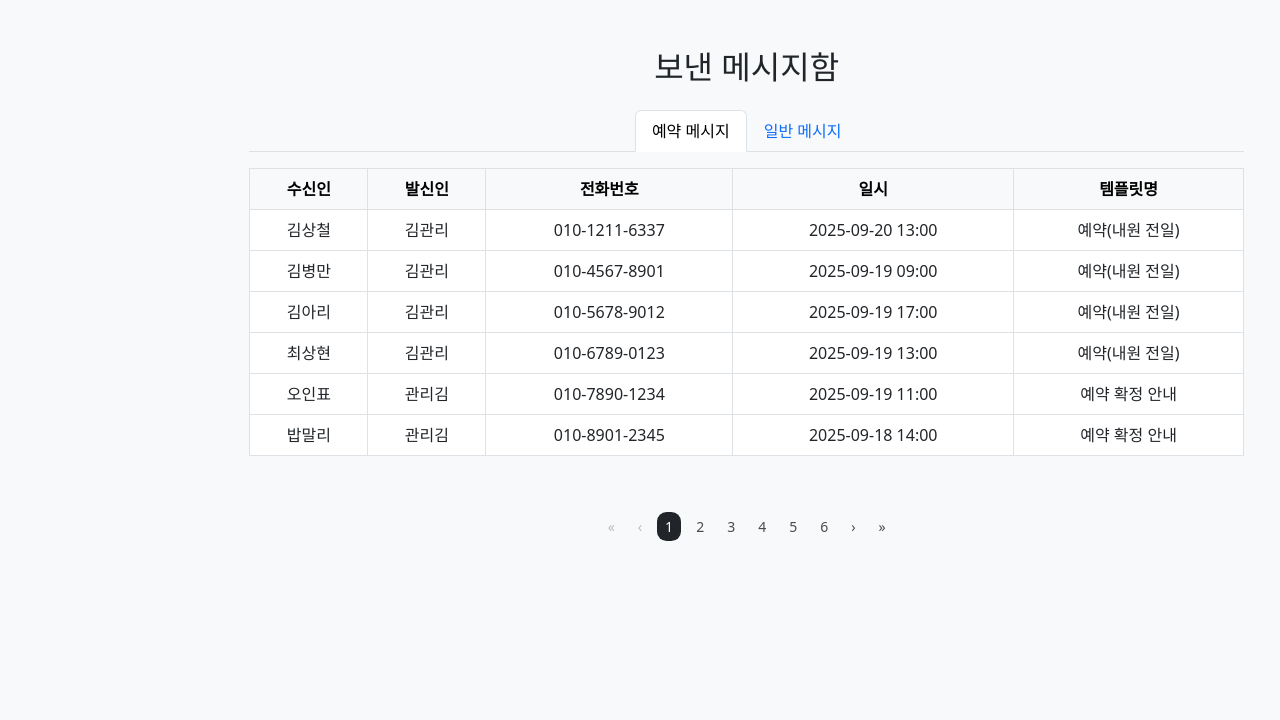
Repository: j-pyohub/LIBRARY_PROJECT
Page: CRM_Project/WebContent/smsRecord.html
The author's editor kept a copy of each file at every save. The page is drawn from the files as they stood at one save, then again after the next save.
The browser window is 1280 px wide. The pictures show the whole page.

Above is the page before, as saved 2025-10-11 07:40:12.

After the next save:
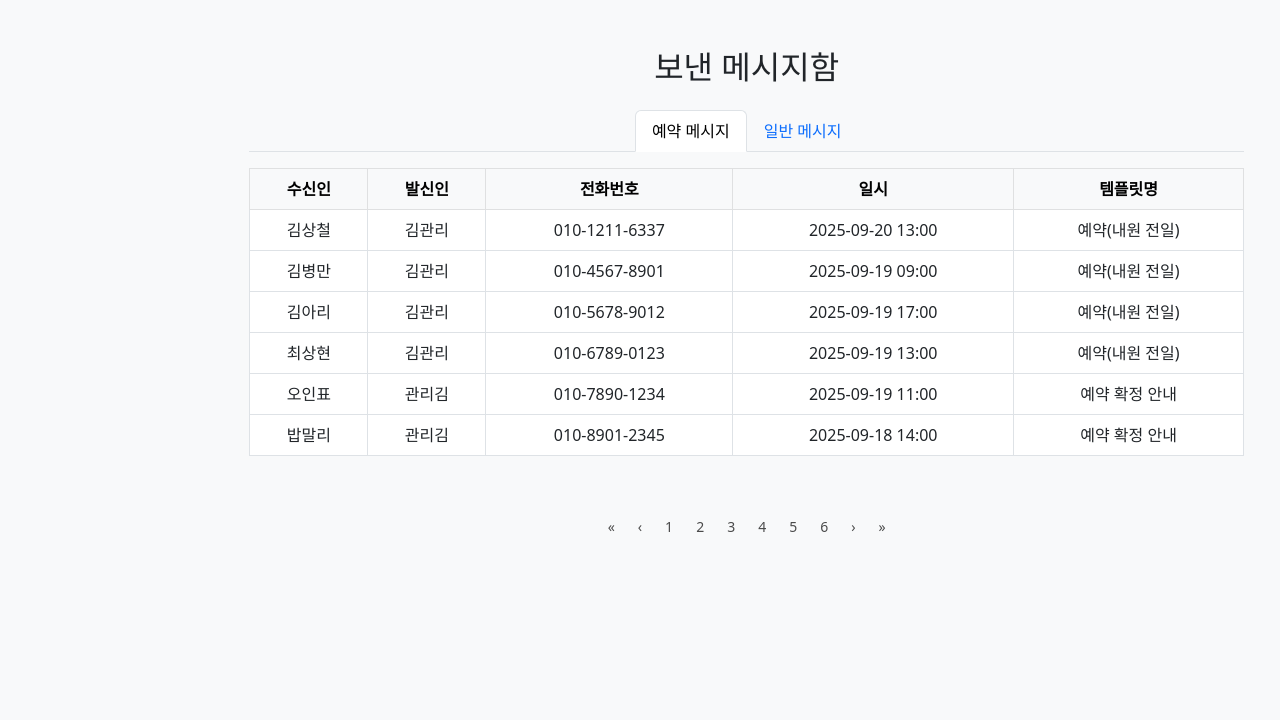
Console error: SyntaxError: Unexpected token '<'
Saved 75 s later.
--- a/CRM_Project/WebContent/smsRecord.html
+++ b/CRM_Project/WebContent/smsRecord.html
@@ -261,10 +261,32 @@
 </nav>
 
     </main>
-  </div>
-</div>
-<!-- ✅ Bootstrap JS -->
-<script src="https://cdn.jsdelivr.net/npm/bootstrap@5.3.0/dist/js/bootstrap.bundle.min.js"></script>
+		</div>
+	</div>
+	<script>
+	  // sidebar.html을 불러와서 #sidebar-slot에 삽입
+	  async function loadSidebar(activeKey) {
+	    const slot = document.getElementById('sidebar-slot');
+	    const resp = await fetch('./sidebar.html'); // 경로는 프로젝트 구조에 맞게
+	    const html = await resp.text();
+	    slot.innerHTML = html;
+
+	    // 활성 메뉴 표시 (data-route 값을 사용)
+	    const current = slot.querySelector(`[data-route="${activeKey}"]`);
+	    if (current) {
+	      // 전부 초기화
+	      slot.querySelectorAll('#sidebar-nav .nav-link').forEach(a=>{
+	        a.classList.remove('active','bg-primary','text-white');
+	        a.classList.add('text-dark');
+	      });
+	      // 현재만 활성
+	      current.classList.add('active','bg-primary','text-white');
+	      current.classList.remove('text-dark');
+	    }
+	  }
+
+	  // 이 페이지의 활성 키만 바꿔주면 됨
+	  loadSidebar('patientList');
 
 <!-- ✅ 탭 전환 및 모달 이벤트 -->
 <script>

After the save that followed:
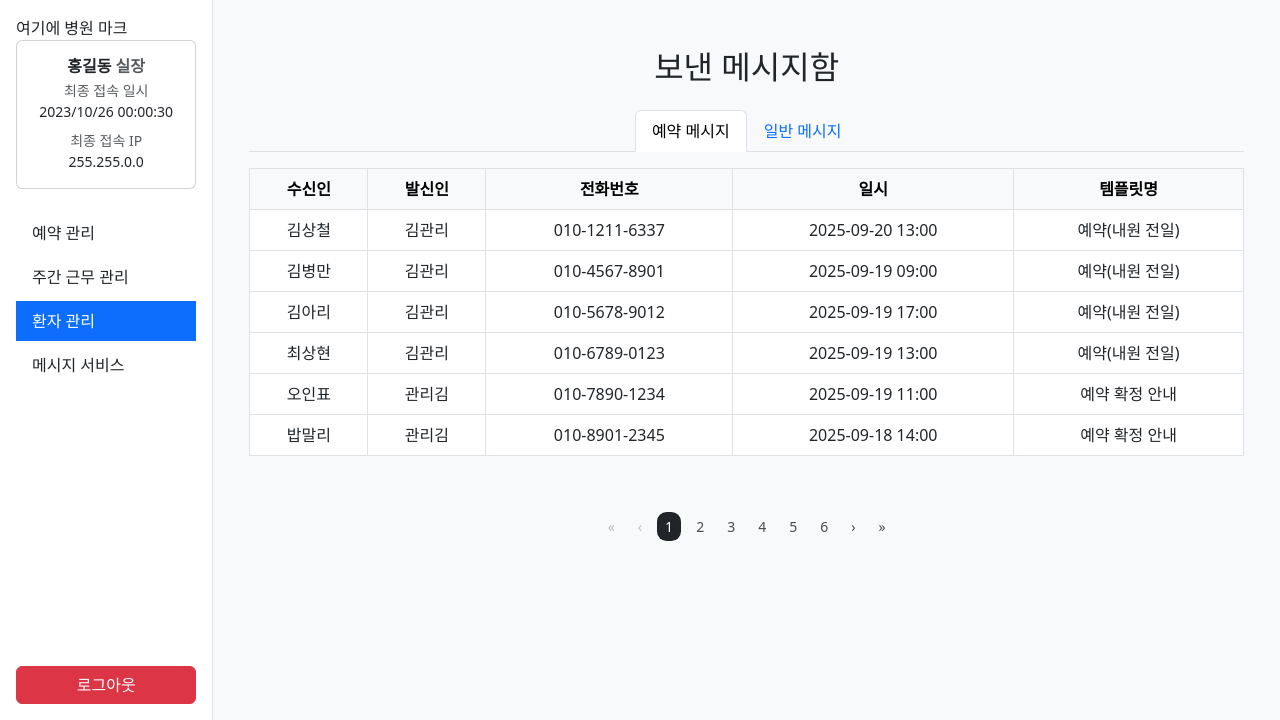
The error is gone.
Saved 23 s later.
--- a/CRM_Project/WebContent/smsRecord.html
+++ b/CRM_Project/WebContent/smsRecord.html
@@ -287,6 +287,9 @@
 
 	  // 이 페이지의 활성 키만 바꿔주면 됨
 	  loadSidebar('patientList');
+	  </script>
+<!-- ✅ Bootstrap JS -->
+<script src="https://cdn.jsdelivr.net/npm/bootstrap@5.3.0/dist/js/bootstrap.bundle.min.js"></script>
 
 <!-- ✅ 탭 전환 및 모달 이벤트 -->
 <script>
